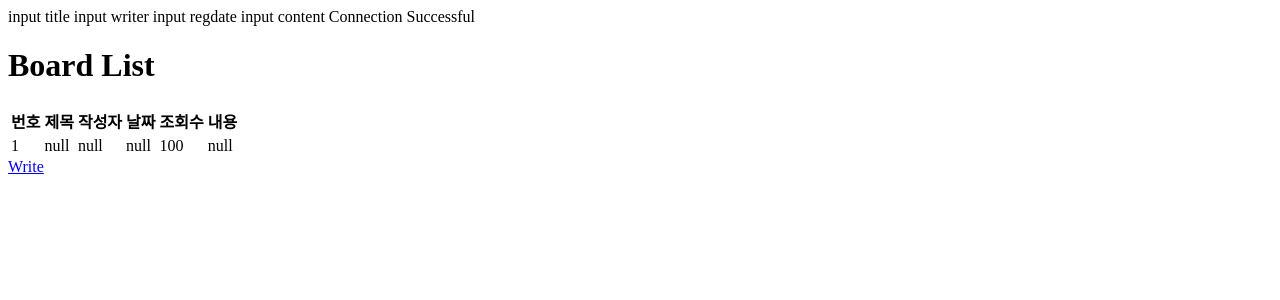
Repository: LEECHAEHEE/webProgramming
Page: http://localhost/board/
These files come from the project's save history. The page is drawn as it stood at one moment and after the next save; the edit follows.
The browser window is 1280 px wide. The pictures show the whole page.
The page is served by Tomcat 9. Nobody is signed in. The application's start-up code is not run. Queries for data that is not in the repository find no rows.

Above is the page before, as saved 2018-04-02 10:00:18.

After the next save:
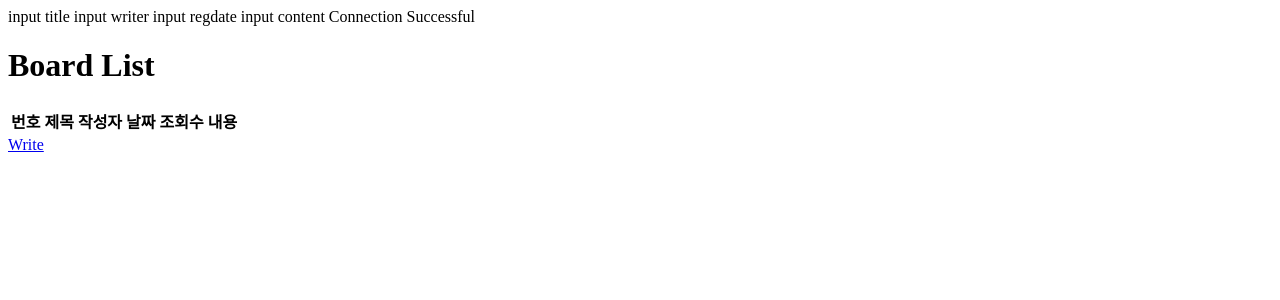
Saved 23 s later.
--- a/board/WebContent/index.jsp
+++ b/board/WebContent/index.jsp
@@ -51,16 +51,16 @@
 			<th>조회수</th>
 			<th>내용</th>
 		</tr>
-		<tr>
+		<%-- <tr>
 			<td><%=idx %></td>
 			<td><%=title %></td>
 			<td><%=writer %></td>
 			<td><%=regdate %></td>
 			<td><%=count %></td>
 			<td><%=content %></td>
-		</tr>
+		</tr> --%>
 		<%
-	/* while(rs.next()){
+	 while(rs.next()){
 			out.println("<tr>");
 			out.println("<td>" + rs.getString(1) + "</td>");
 			out.println("<td>" + rs.getString(2) + "</td>");
@@ -69,7 +69,7 @@
 			out.println("<td>" + rs.getString(5) + "</td>");
 			out.println("<td>" + rs.getString(6) + "</td>");
 			out.println("</tr>");
-		} */
+		}
 
 %>
 	</table>
